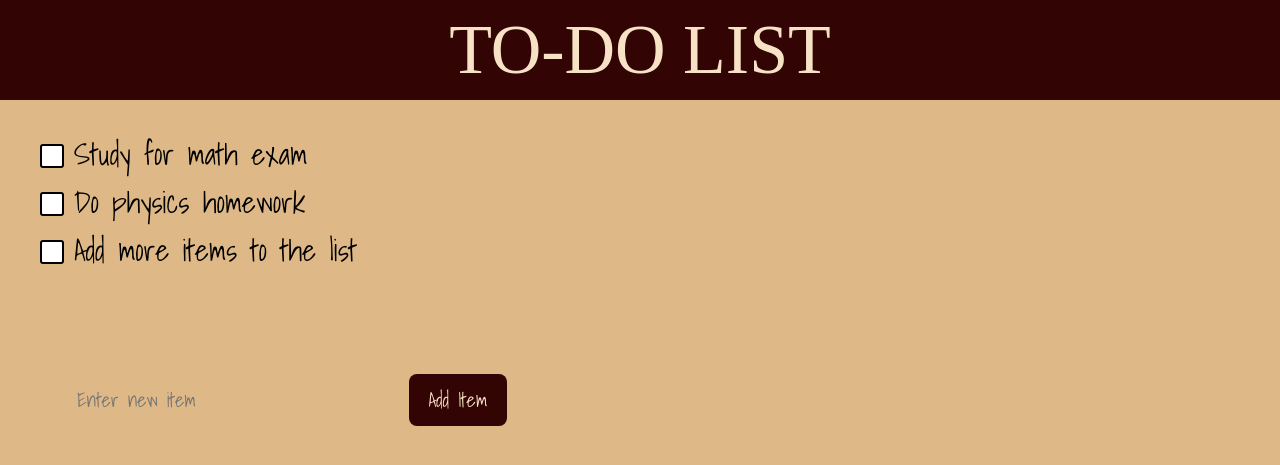
Repository: riya10483/pomodoro
Page: todo.html
An editor plug-in stored every save of this project. The page is shown before and after the next save, followed by the edit.
The browser window is 1280 px wide. The pictures show the whole page.
Some web fonts or font styles are not loaded; a fallback is used.

Above is the page before, as saved 2024-09-28 22:22:03.
Console error: TypeError: Cannot set properties of null (setting 'innerHTML')

After the next save:
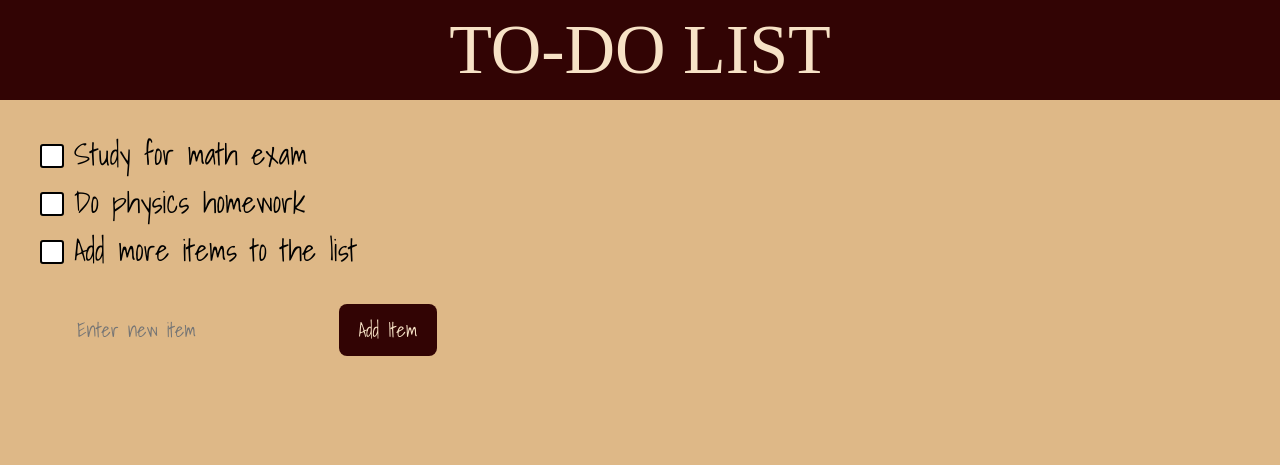
Saved 30 s later.
--- a/todo.css
+++ b/todo.css
@@ -75,5 +75,5 @@ button {
     padding: 10px 20px;
     border-radius: 8px;
     font-size: 20px;
-    margin: 100px;
+    margin: 30px;
 }
